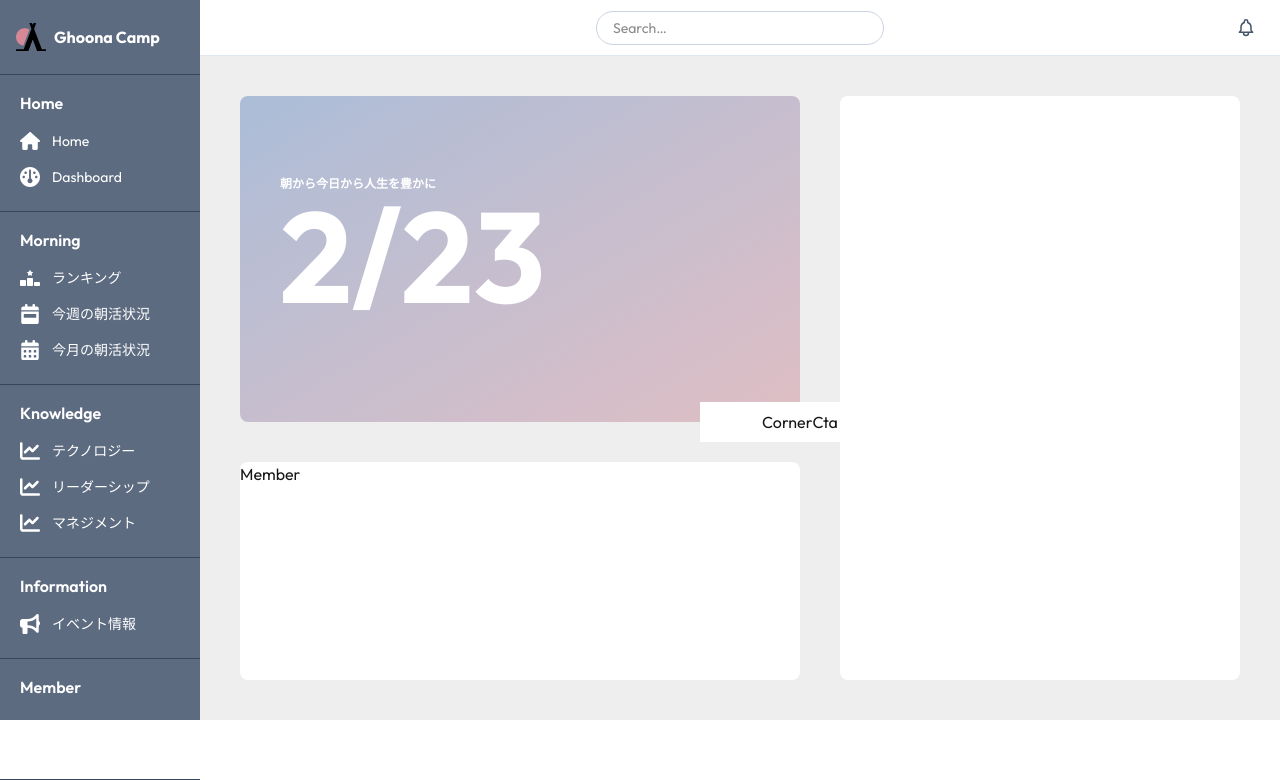
Repository: ShotaGhoona/ghoonacamp_platform
Page: /
An editor plug-in stored every save of this project. The page is shown before and after the next save, followed by the edit.
The browser window is 1280 px wide. The pictures show the whole page.
The page's requests for data from a server got no answer. The project was rebuilt for these pictures with package versions that can differ from the ones it lists, and the page was loaded fresh each time. The framework's server and built-in components were replaced by stand-ins that run in the browser. No one was signed in, and anything a server would have sent is missing. Also part of the build but not shown: next.config.js.

Above is the page before, as saved 2025-04-25 12:43:42.

After the next save:
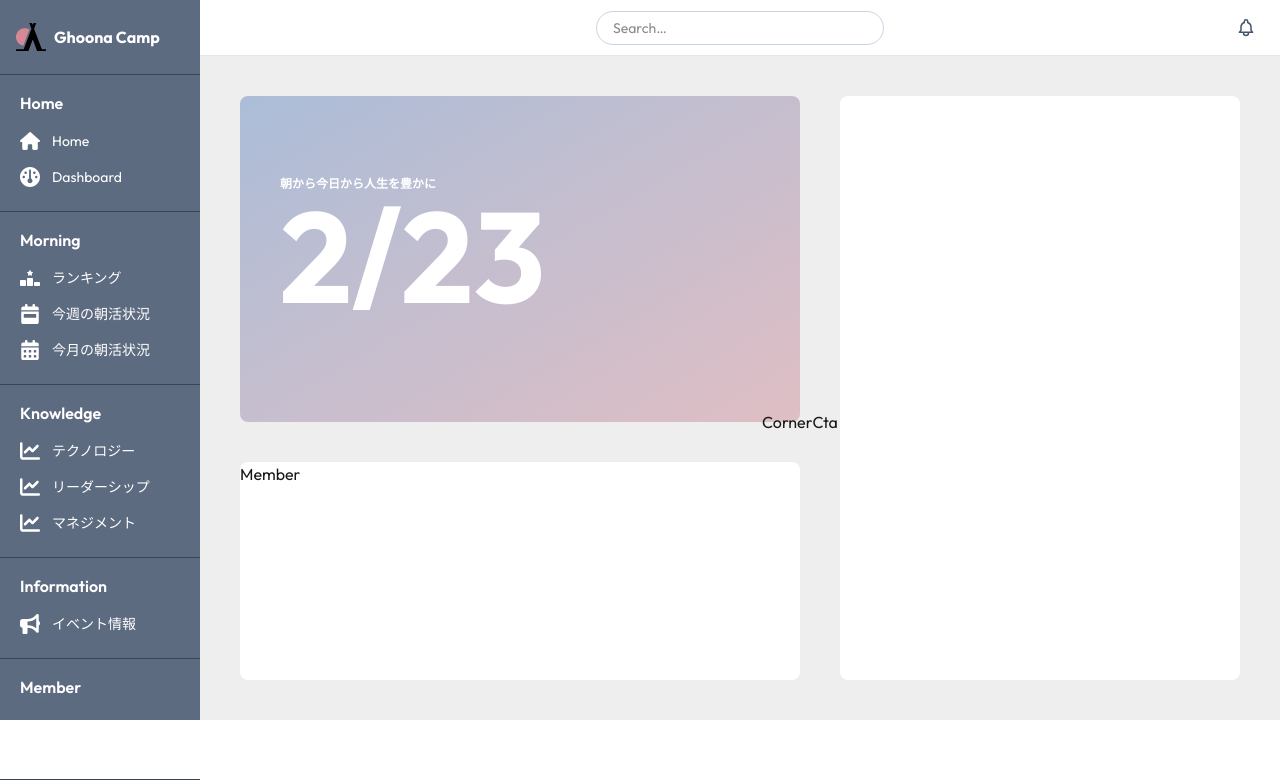
Saved 6 s later.
--- a/src/features/home/home/components/cornerCta.tsx
+++ b/src/features/home/home/components/cornerCta.tsx
@@ -1,6 +1,6 @@
-export default function CornerCta() {
+export default function CornerCta({ color }: { color: string }) {
   return (
-    <div className="w-50 h-10 bg-white flex items-center justify-center">
+    <div className={`w-50 h-10 bg-${color} flex items-center justify-center`}>
       <h1>CornerCta</h1>
     </div>
   );
